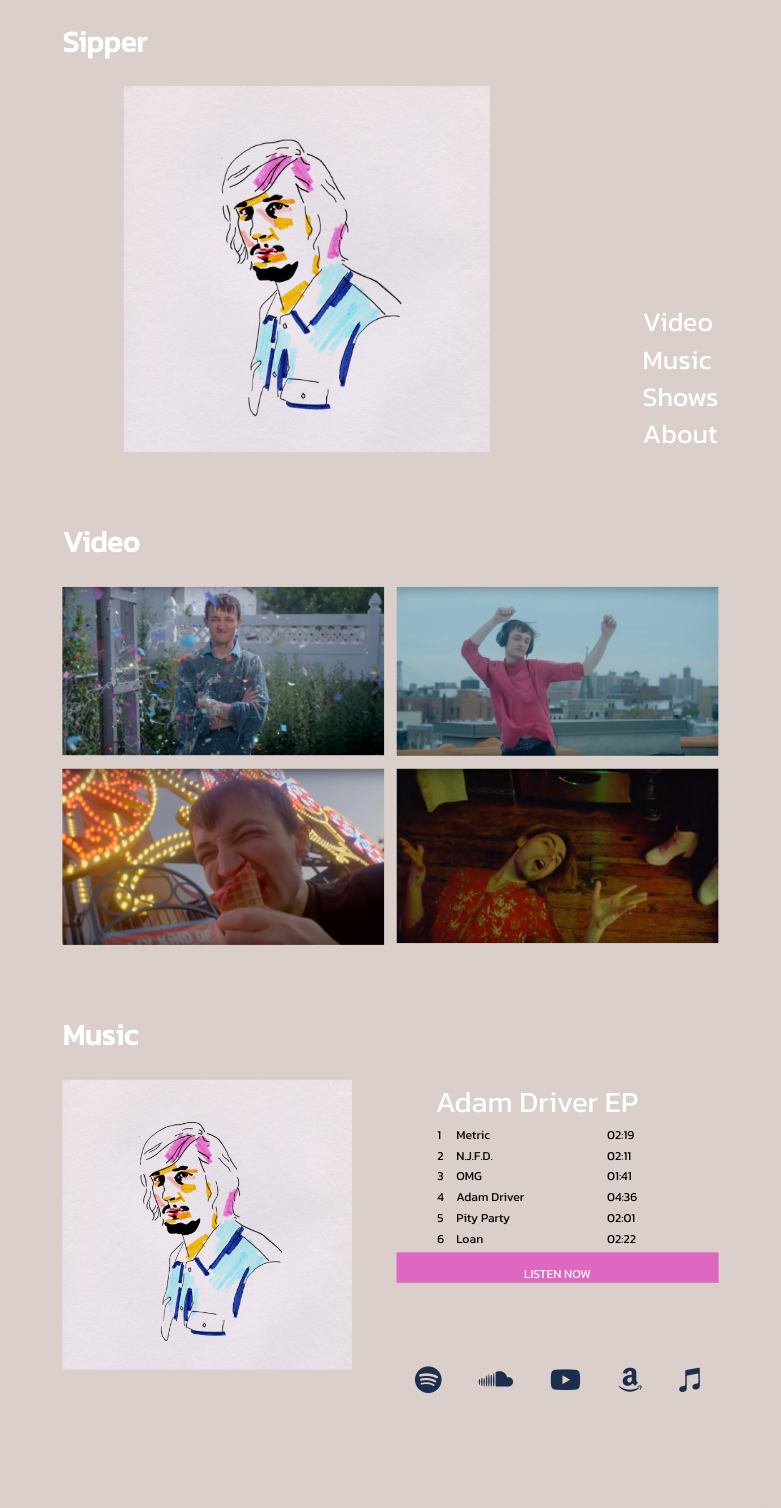
Repository: KrystellBarraza/SipperNYC
Page: index.html
An editor plug-in stored every save of this project. The page is shown before and after the next save, followed by the edit.
The browser window is 1280 px wide. The pictures show the whole page, at 61% of full size.
Some web libraries are served in a nearby version.

Above is the page before, as saved 2019-08-20 17:15:15.

After the next save:
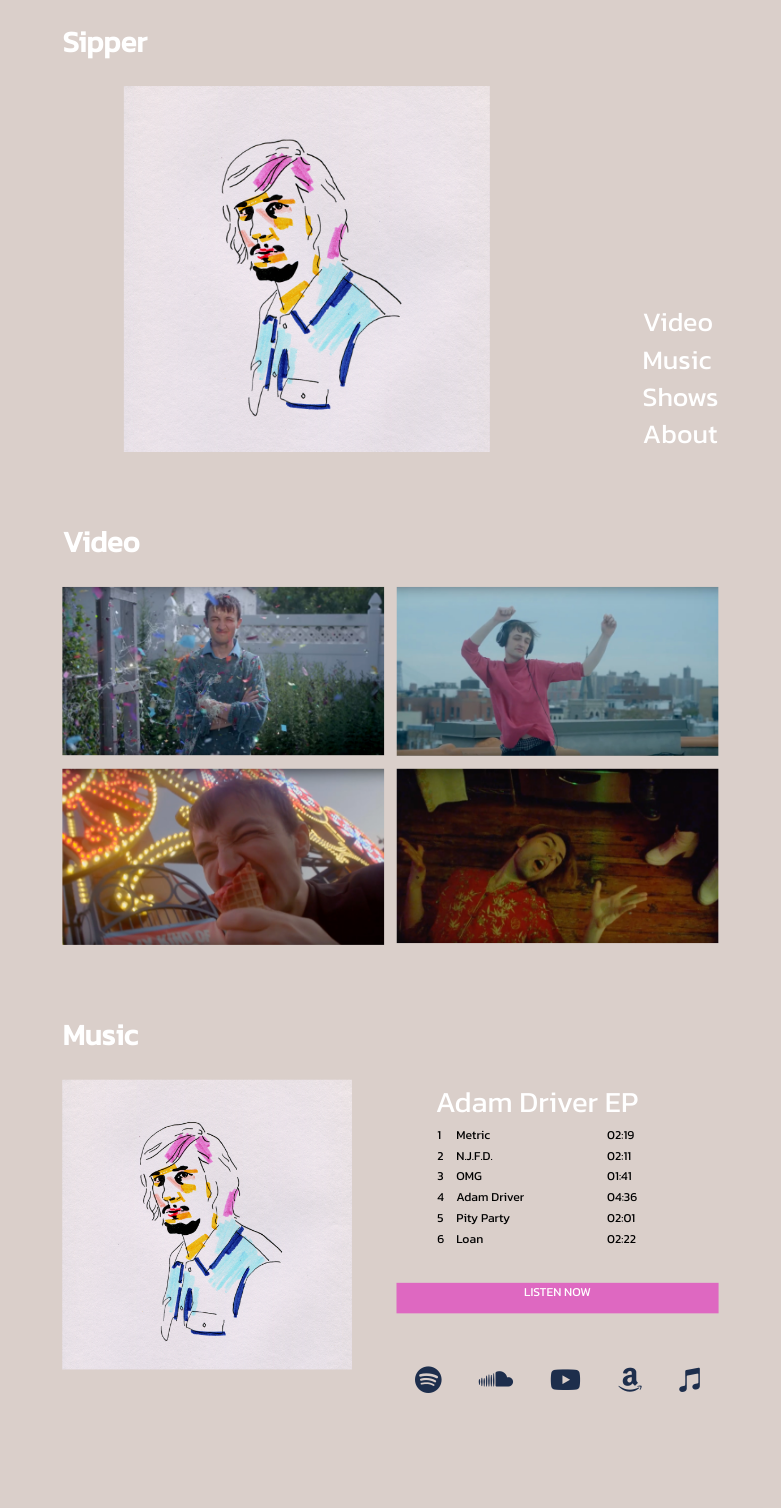
Saved 29 s later.
--- a/style.css
+++ b/style.css
@@ -486,7 +486,7 @@ i.fab:hover {
 }
 
 .listen {
-    align-content: end;
+    margin-top: 50px;
     background: #de68c1;
     height: 50px;
     font-family: 'Kanit', sans-serif;
